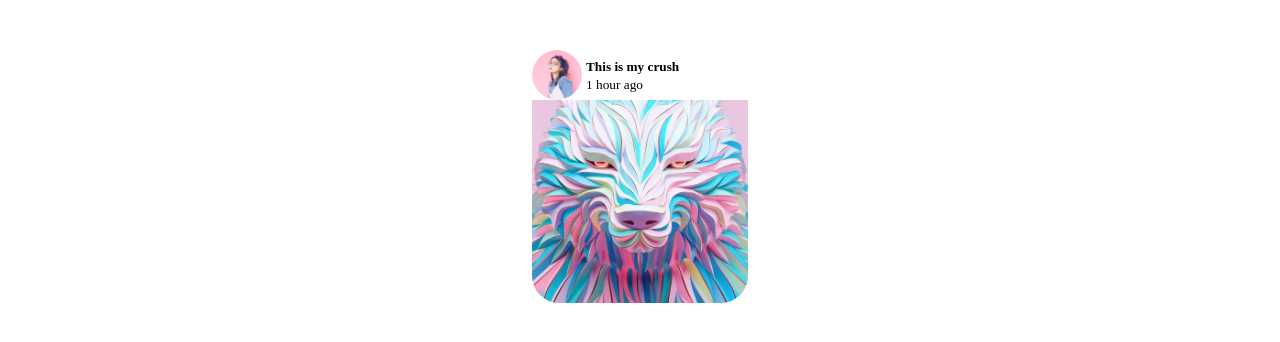
Repository: longNT0dev/C4E132
Page: SS4/index.html
These files come from the project's save history. The page is drawn as it stood at one moment and after the next save; the edit follows.
The browser window is 1280 px wide. The pictures show the whole page.

Above is the page before, as saved 2022-10-02 21:56:27.

### SS4/index.html
<!DOCTYPE html>
<html lang="en">
  <head>
    <meta charset="UTF-8" />
    <meta http-equiv="X-UA-Compatible" content="IE=edge" />
    <meta name="viewport" content="width=device-width, initial-scale=1.0" />
    <link rel="stylesheet" href="style.css" />
    <title>Document</title>
  </head>
  <body>
    <div class="container">

      <div class="overlay">

        <div class="overlay-information">
          <img src="./7D7I6dI.png" />
          <div class="content">
            <h5>This is my crush</h5>
            <small>1 hour ago</small>
          </div>
        </div>

        <!-- <div class="overlay-loading"></div> -->

      </div>

    </div>
  </body>
</html>

### SS4/style.css
* {
    margin: 0;
    padding: 0;
    box-sizing: border-box;
}

.container {
    width: 216px;
    height: 253px;
    margin: 50px auto;
    background-image: url("oYiTqum.jpg");
    background-position: center;
    background-size: cover;
    border-radius: 27px;
    position: relative;
}

.overlay {
    position: absolute;
    top: ;
    left: 0;
    width: 100%;
    height: 50px;
    background-color: white;
}

.overlay-information {
    height: 100%;
}

.overlay-information img {
    width: 50px;
    height: 50px;
    border-radius: 50%;
    vertical-align: top;
}

.overlay-information .content {
   display: inline-block;
   padding-top: 9px;
}





/* .overlay-loading {
    height: 60%;
} */



/* position

    relative: Dịch chuyển khối so với vị trí ban đầu
    absolute: Dịch chuyển khối so với góc trên bên trái của cha hoặc của trình duyệt
-> 2 điều kiện (chứa thẻ con  + phải có thuộc tính relative hoặc absolute)

    fixed
    sticky
*/
    /* top left right bottom  */

After the next save:
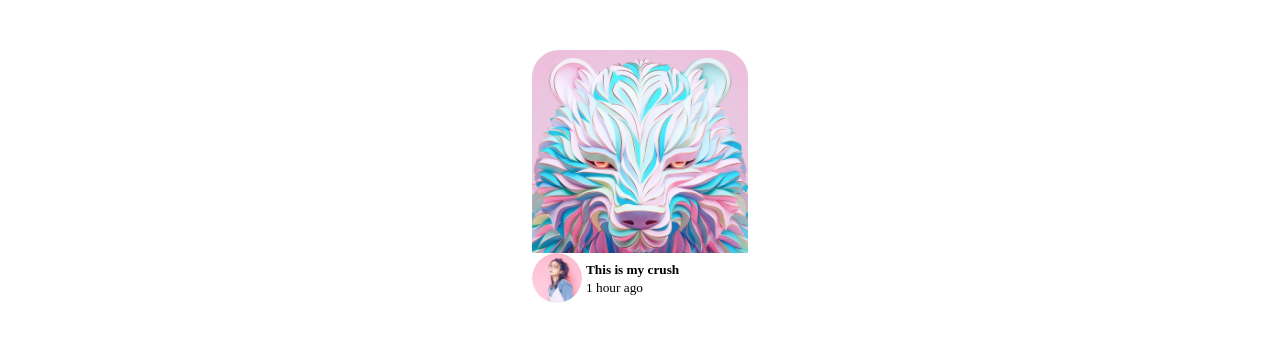
Saved 10 s later.
--- a/SS4/style.css
+++ b/SS4/style.css
@@ -17,7 +17,7 @@
 
 .overlay {
     position: absolute;
-    top: ;
+    top: 203px;
     left: 0;
     width: 100%;
     height: 50px;
